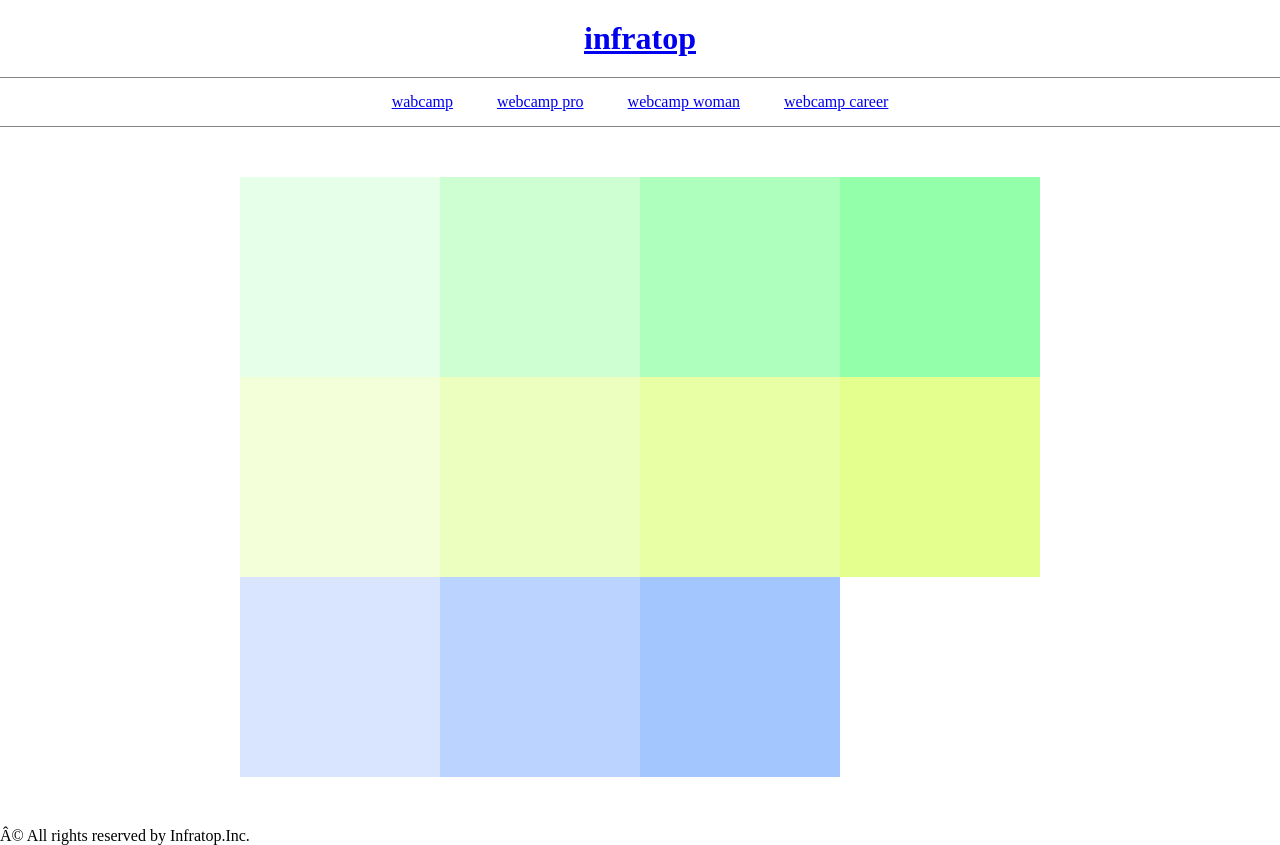
Repository: dsjanainoyo/html
Page: capter5.exercise/capter5.exercise.html
The author's editor kept a record of every edit. The page is drawn from the files as they stood at one moment, then again after the next edit.
The browser window is 1280 px wide. The pictures show the whole page.

Above is the page before.

### capter5.exercise/capter5.exercise.html
<!DOCTYPE html>
<html lang="ja">
  <head>
    <meta charset="UTF=8">
    <link rel="stylesheet" href="capter5.exercise.css">
    <title>CAPTER5</title>
  </head>

  <body>
    <header>
      <h1>
        <a href="capter5.exercise.html">
          infratop
        </a>
      </h1>
      </header>
    <nav>
      <ul class="nav-list">
        <li class="nav-list-item">
          <a href="capter5.exercise.htm">
          wabcamp
          </a>
        </li>
         <li class="nav-list-item">
         <a href="capter5.exercise.htm">
          webcamp pro
          </a>
        </li>
         <li class="nav-list-item">
          <a href="capter5.exercise.htm">
          webcamp woman
          </a>
          </li>
         <li class="nav-list-item">
          <a href="capter5.exercise.htm">
          webcamp career
          </a>
        </li>
     </ul>
    </nav>


    <main>
      <div class="box1"></div>
      <div class="box2"></div>
      <div class="box3"></div>
      <div class="box4"></div>
      <div class="box5"></div>
      <div class="box6"></div>
      <div class="box7"></div>
      <div class="box8"></div>
      <div class="box9"></div>
      <div class="box10"></div>
      <div class="box11"></div>
      <div class="box12"></div>
    </main>

    <footer>
      <div="footer-text">
        © All rights reserved by Infratop.Inc.
      </div>
    </footer>
  </body>

### capter5.exercise/capter5.exercise.css
*{
  margin:0;
  padding:0;
  box-sizing:border-box;
}

header{
  width:100%;
  margin:20px 0;
  text-align:center;
}

.nav-list{
  margin:0 auto;
  padding:15px 0;
  text-align:center;
  border-top:1px solid #848282;
  border-bottom:1px solid #848282;
}

.nav-list-item{
  list-style:none;
  margin:0 20px;
  display:inline-block;

}

main{
  width:800px;
  margin:50px auto;
  display:flex;
  flex-wrap:wrap;
}

.box1{
  width:200px;
  height:200px;
  background-color:#e6ffe9;
}

.box2{
  width:200px;
  height:200px;
  background-color:#cdffd3;
}

.box3{
  width:200px;
  height:200px;
  background-color:#aeffbd;
}

.box4{
  width:200px;
  height:200px;
  background-color:#93ffab;
}

.box5{
  width:200px;
  height:200px;
  background-color:#f3ffd8;
}

.box6{
  width:200px;
  height:200px;
  background-color:#edffbe;
}

.box7{
  width:200px;
  height:200px;
  background-color:#e9ffa5;
}

.box8{
  width:200px;
  height:200px;
  background-color:#e4ff8d;
}

.box9{
  width:200px;
  height:200px;
  background-color:#d9e5ff;
}

.box10{
  width:200px;
  height:200px;
  background-color:#bad3ff;
}

.box11{
  width:200px;
  height:200px;
  background-color:#a4c6ff;
}

.box12{
  width:200px;
  height:200px;
  background-color:;
}

After the next edit:
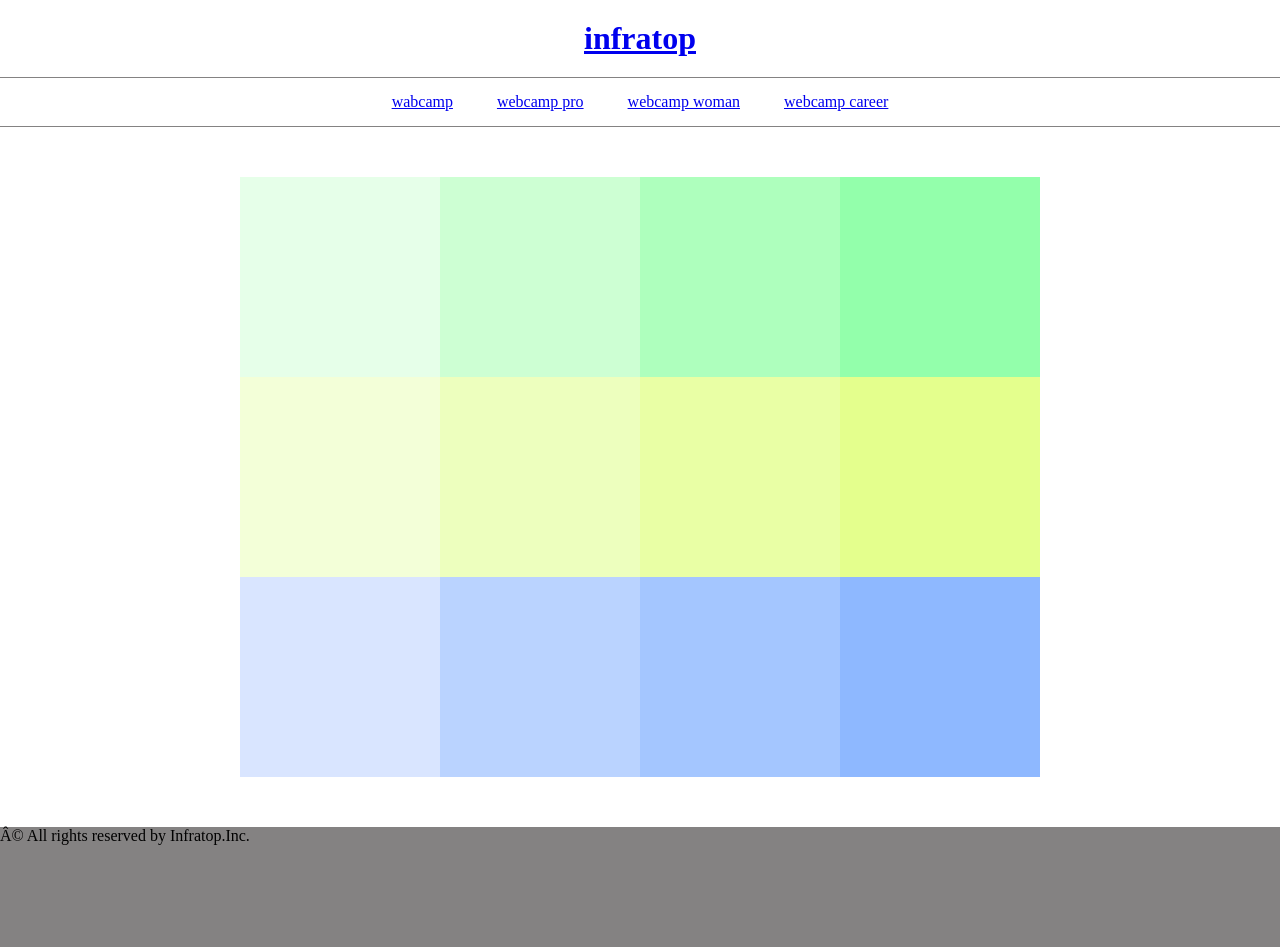
The edit:
--- a/capter5.exercise/capter5.exercise.css
+++ b/capter5.exercise/capter5.exercise.css
@@ -101,5 +101,15 @@
 .box12{
   width:200px;
   height:200px;
-  background-color:;
+  background-color:#8eb8ff;
 }
+
+footer{
+  width:100%;
+  height:120px;
+  background-color:#848282;
+}
+
+.footer-text{
+
+}
